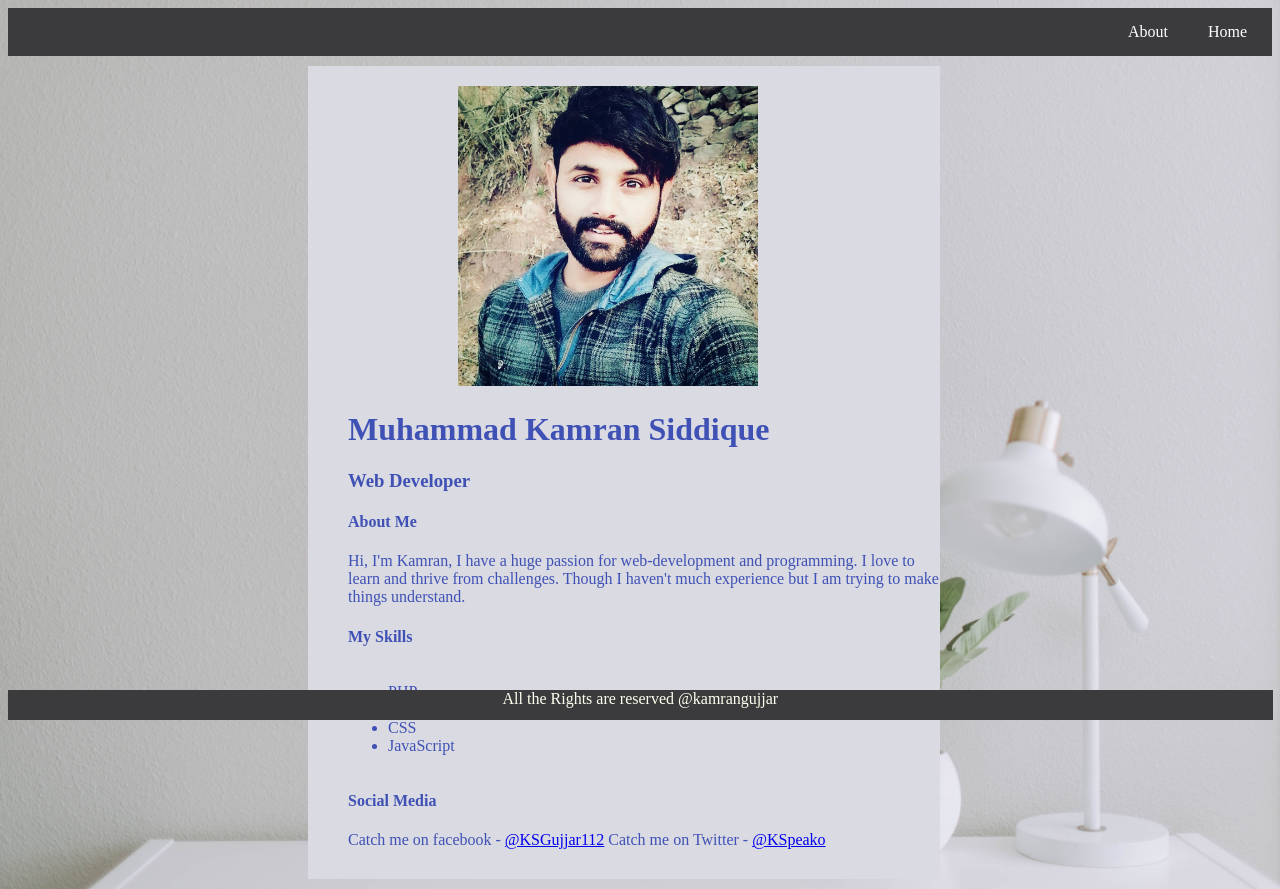
Repository: Kamrangujjar85112/Length-Converter
Page: html/about.html
The author's editor kept a copy of each file at every save. The page is drawn from the files as they stood at one save, then again after the next save.
The browser window is 1280 px wide. The pictures show the whole page.
Backgrounds fixed to the window are drawn as part of the page.

Above is the page before, as saved 2022-01-21 23:18:43.

After the next save:
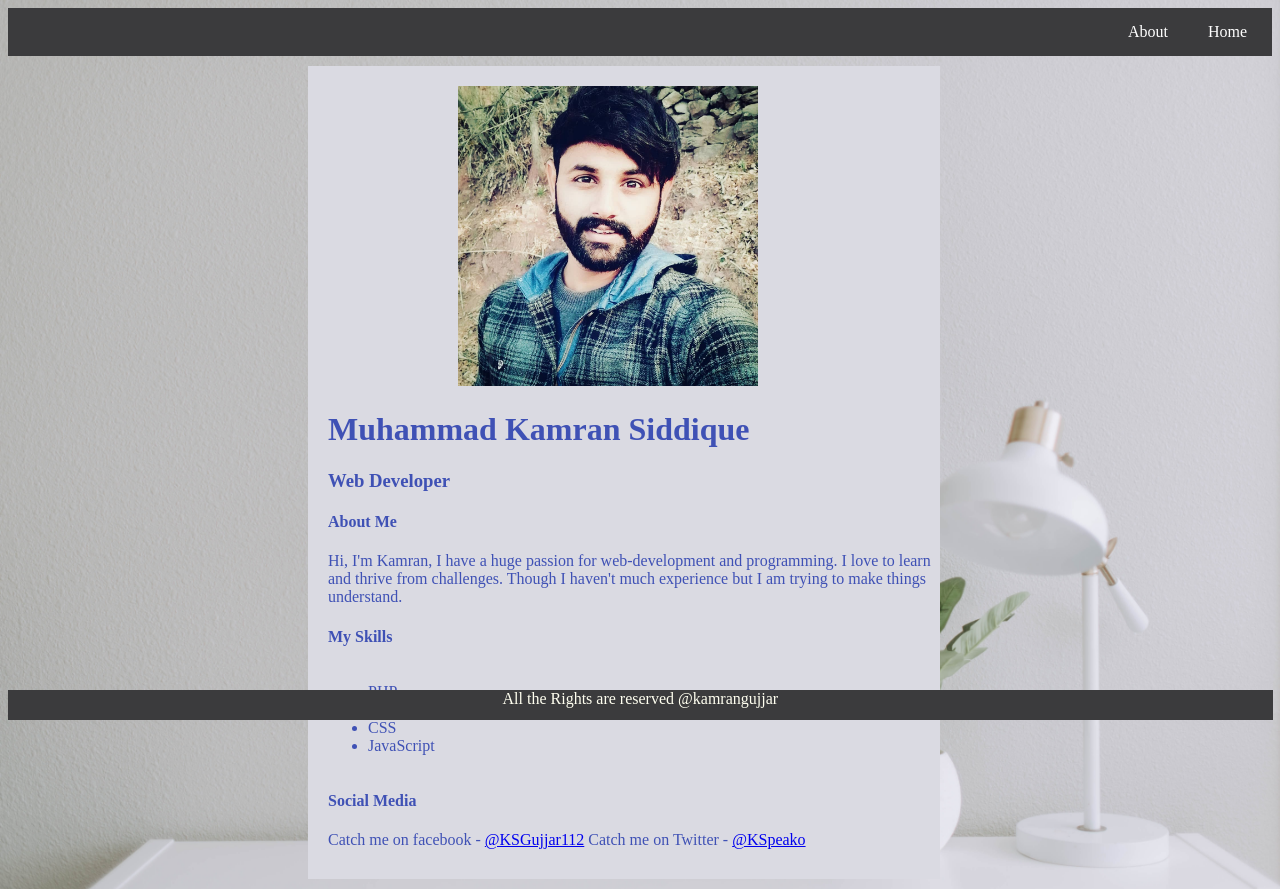
Saved 19 s later.
--- a/css/style.css
+++ b/css/style.css
@@ -17,8 +17,8 @@
     text-align: left;
 }
 .texts{
-    margin-left: 20px;
-    padding-left: 20px;
+    margin-left: 10px;
+    padding-left: 10px;
 }
 .listFlex {
     display: flex;
